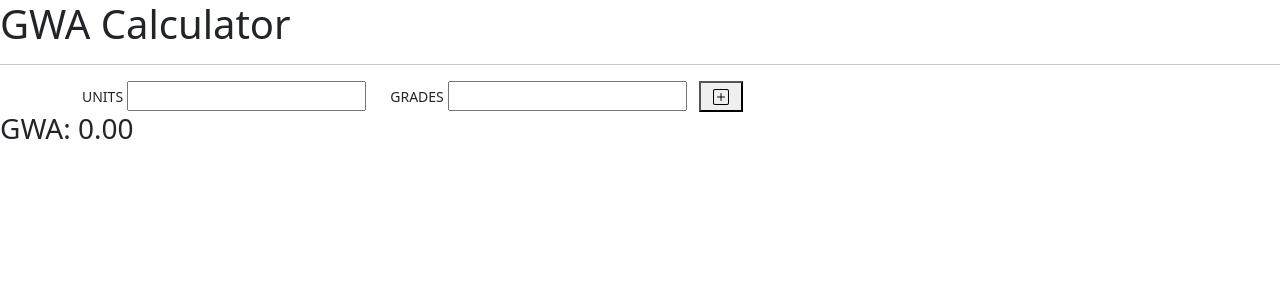
Repository: yonora/GWACalculator
Page: index.html
The author's editor kept a copy of each file at every save. The page is drawn from the files as they stood at one save, then again after the next save.
The browser window is 1280 px wide. The pictures show the whole page.

Above is the page before, as saved 2025-01-07 23:14:32.

### index.html
<!DOCTYPE html>
<html lang="en">
<head>
    <meta charset="UTF-8">
    <meta name="viewport" content="width=device-width, initial-scale=1.0">
    <link rel="stylesheet" href="https://cdn.jsdelivr.net/npm/bootstrap@5.3.3/dist/css/bootstrap.min.css">
    <link rel="stylesheet" href="https://cdn.jsdelivr.net/npm/bootstrap-icons@1.11.3/font/bootstrap-icons.min.css">
    <script src="js.js"></script>
    <title>GWA Calculator</title>
</head>
<body>
    <h1>GWA Calculator</h1>
    <hr>
    <div class="container" id="container">
        <div class="row grade-container">
            <div class="col-auto">
                <label class="col-form-label-sm">UNITS</label>
                <input type="number" class="col-form-control units"  min="1" oninput="getGWA()">
            </div>
            <div class="col-auto">
                <label class="col-form-label-sm">GRADES</label>
                <input type="text" class="col-form-control grades" oninput="getGWA()">
            </div>
            <button class="col-auto add" onclick="add()"><i class="bi bi-plus-square"></i></button>
        </div>
    </div>
    <h3>GWA: <span id="gwa">0.00</span></h3>
</body>
</html>

### js.js
function add(){
    const container = document.getElementById('container');
    container.insertAdjacentHTML(
        'beforeend',
        `<div class=" row grade-container">
            <div class="col-auto">
                <label class="col-form-label-sm">UNITS</label>
                <input type="number" class="col-form-control units" min="1" oninput="getGWA()">
                <!--<input type="number" class="col-form-control units" min="1"> -->
            </div>
            <div class="col-auto">
                <label class="col-form-label-sm">GRADES</label>
                <input type="text" class="col-form-control grades" oninput="getGWA()">
                <!--<input type="text" class="col-form-control grades"> -->
            </div>
            <button class="col-auto add " onclick="add()"><i class="bi bi-plus-square"></i></button>
        </div>`
    );
    const rows = document.querySelectorAll('.grade-container');
    const lastrow = rows[rows.length - 2];
    const lastIndex = Array.from(rows).indexOf(lastrow);
    console.log(lastIndex);
    lastrow.insertAdjacentHTML(
        'beforeend',
        `<button class="col-auto remove" onclick="remove(${lastIndex})"><i class="bi bi-x"></i></button>`
    );
    var add = document.querySelectorAll('.add');
    add = add[add.length - 2];
    add.remove();
}

function remove(id){
    var row = document.querySelectorAll('.grade-container');
    row[id].remove();
    getGWA();
}

function getUnits(units, grades){
    var totalUnits = 0;

    for(let i=0; i<units.length; i++){
        const unit = parseFloat(units[i].value);
        const grade = parseFloat(grades[i].value);
        if (grade > 0){
            totalUnits += unit;
        }
    }
    return totalUnits;
}


function getGWA(){
    const grades = document.querySelectorAll('.grades');
    const units = document.querySelectorAll('.units');
    const totalUnits = getUnits(units, grades);
    var gwa = 0.00;

    for(let i=0; i<grades.length; i++){
        let unit = parseFloat(units[i].value) || 0;
        let grade = parseFloat(grades[i].value) || 0;
        if(grade > 0) {
            gwa += (grade * unit) / totalUnits;
            document.getElementById('gwa').innerHTML = gwa.toFixed(2);
        }

    }
}

After the next save:
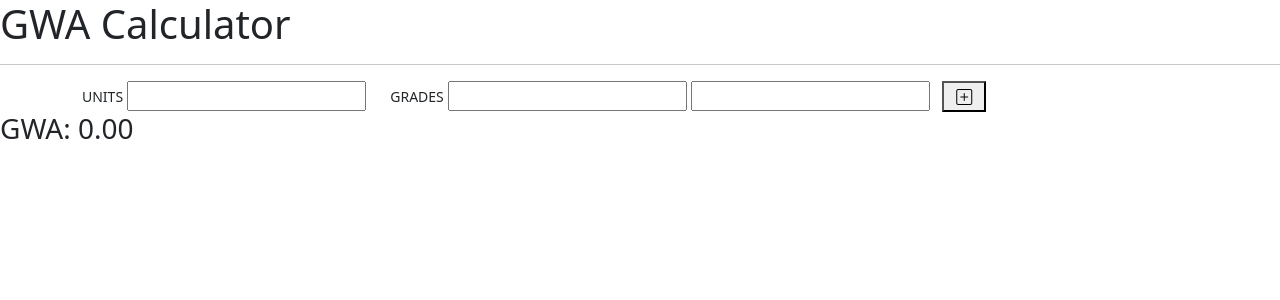
Saved 2 min 8 s later.
--- a/index.html
+++ b/index.html
@@ -20,6 +20,7 @@
             <div class="col-auto">
                 <label class="col-form-label-sm">GRADES</label>
                 <input type="text" class="col-form-control grades" oninput="getGWA()">
+                <input type="text" class="col-form-control grades" value="">
             </div>
             <button class="col-auto add" onclick="add()"><i class="bi bi-plus-square"></i></button>
         </div>
